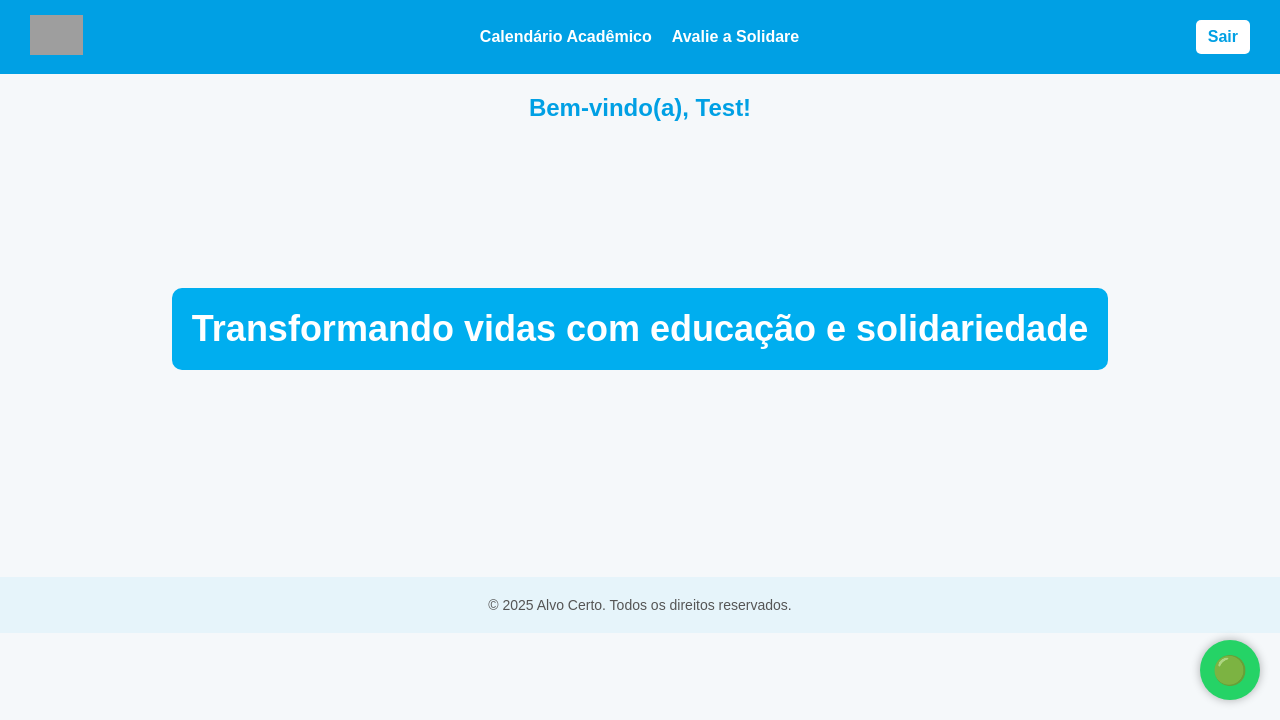
Repository: Guilherme-burle/Portal-do-Aluno-P2
Page: http://localhost/
The author's editor kept a copy of each file at every save. The page is drawn from the files as they stood at one save, then again after a run of saves.
The browser window is 1280 px wide. The pictures show the whole page.
Pictures or frames that could not be fetched are drawn as grey boxes. The page is served by the project's application, run on Django 5.2 (PortaldoAluno/manage.py). A made-up administrator, testuser (Test User, test@example.com), is signed in.

Above is the page before, as saved 2025-05-16 16:52:44.

After the next 2 saves:
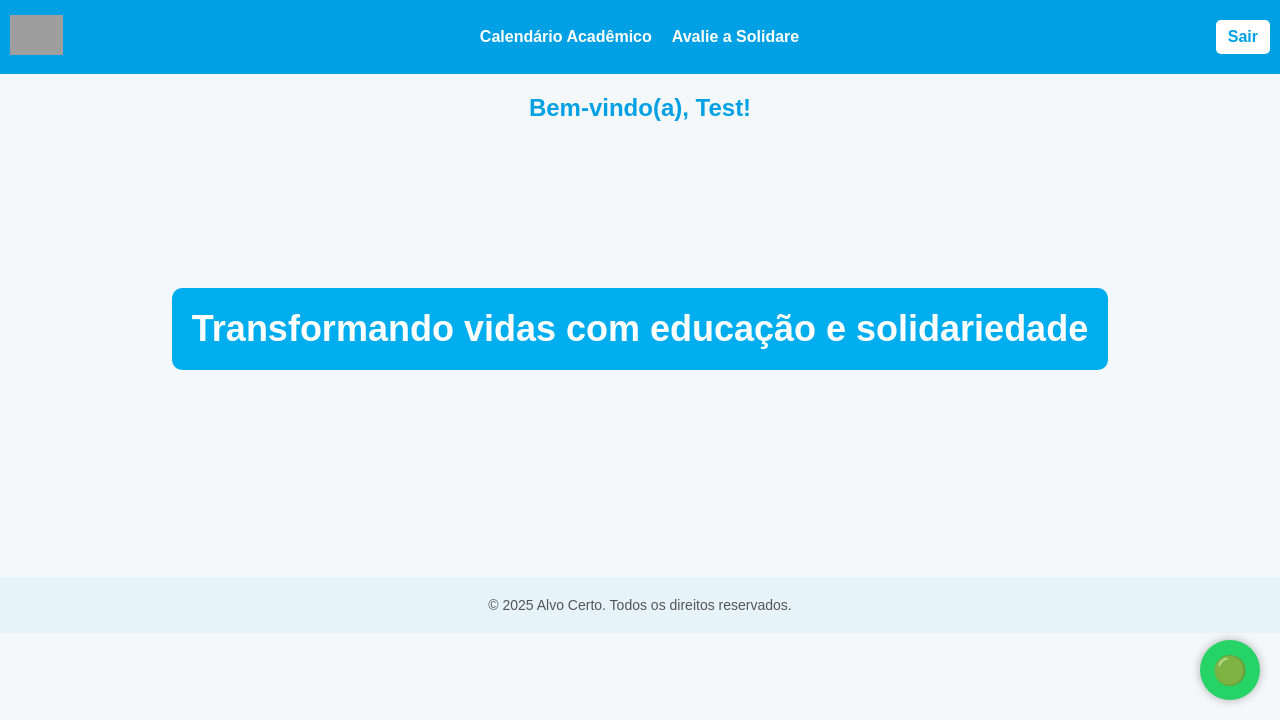
The 2 saves are shown as one change because they came seconds apart.
The last was saved 8 s later.
--- a/PortaldoAluno/Aplicativo/templates/home.html
+++ b/PortaldoAluno/Aplicativo/templates/home.html
@@ -16,7 +16,7 @@
 
     header {
       background-color: #00a0e4;
-      padding: 15px 30px;
+      padding: 15px 10px;
       display: flex;
       align-items: center;
       justify-content: space-between;

After the save that followed:
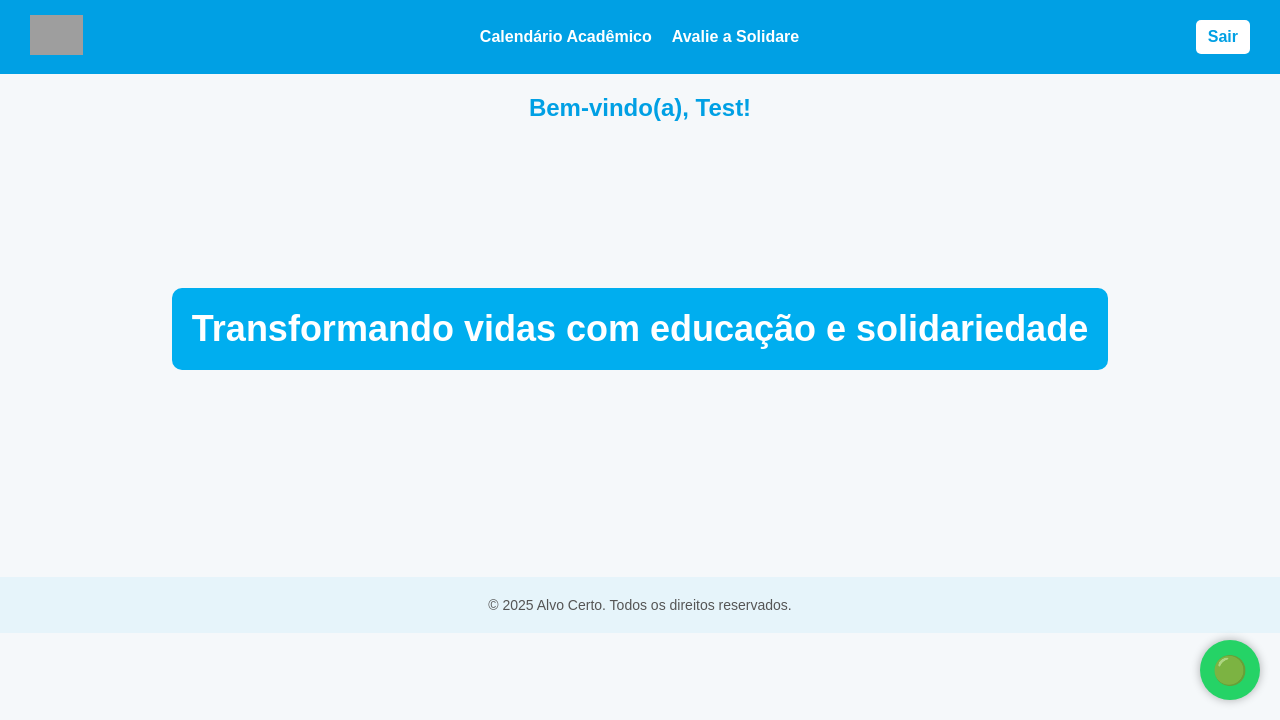
Saved 4 s later.
--- a/PortaldoAluno/Aplicativo/templates/home.html
+++ b/PortaldoAluno/Aplicativo/templates/home.html
@@ -16,7 +16,7 @@
 
     header {
       background-color: #00a0e4;
-      padding: 15px 10px;
+      padding: 15px 30px;
       display: flex;
       align-items: center;
       justify-content: space-between;
